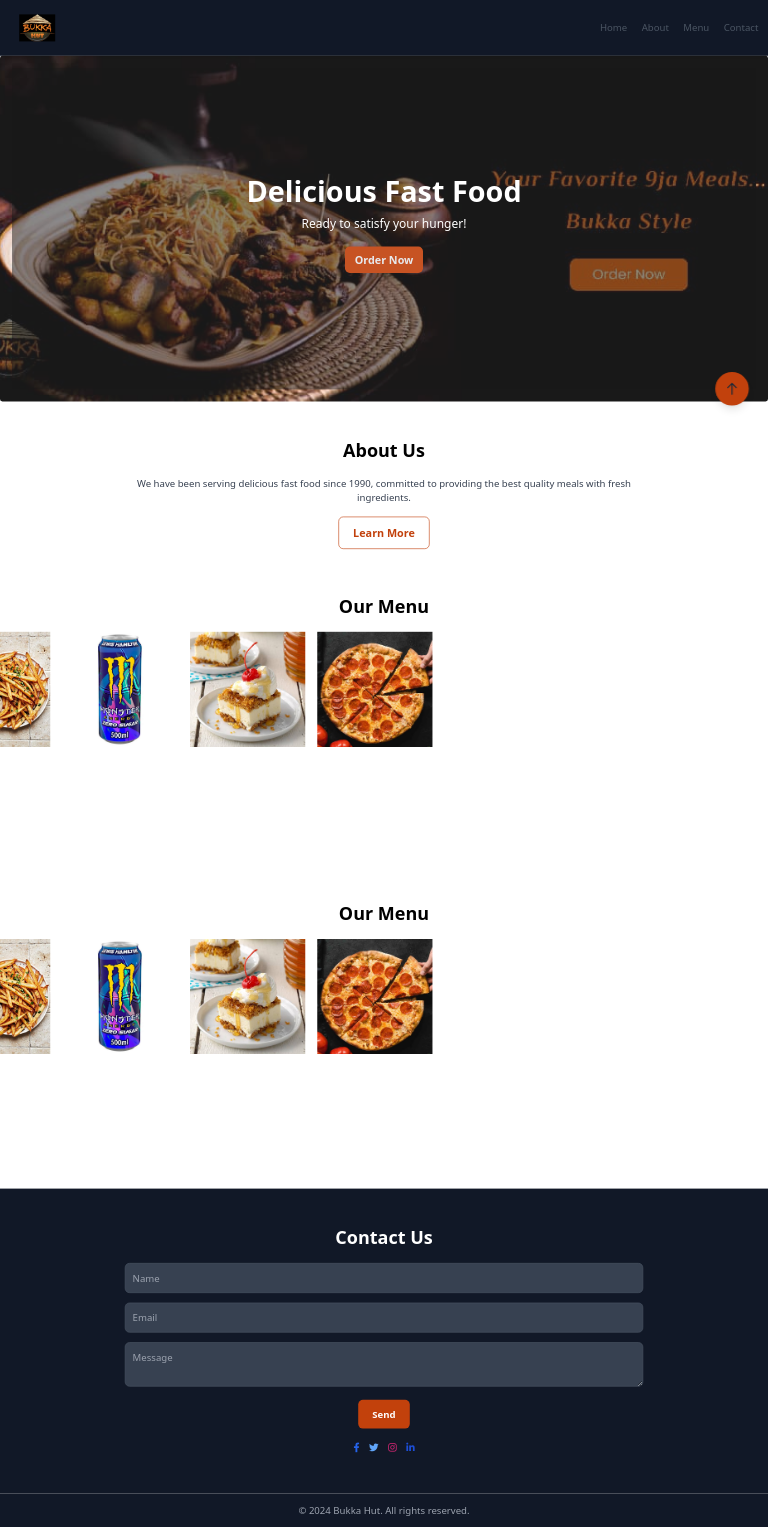
Repository: countaustin1990/BUKKAHUT
Page: INDEX.HTML
An editor plug-in stored every save of this project. The page is shown before and after the next save, followed by the edit.
The browser window is 1280 px wide. The pictures show the whole page, at 60% of full size.
Some web libraries are served in a nearby version.

Above is the page before, as saved 2024-08-24 14:49:46.

### INDEX.HTML
<!DOCTYPE html>
<html lang="en">
<head>
    <meta charset="UTF-8">
    <meta name="viewport" content="width=device-width, initial-scale=1.0">
    <title>Fast Food Restaurant</title>
    <link rel="stylesheet" href="style.css"/>
    <script src="https://cdn.tailwindcss.com"></script>
    <link rel="stylesheet" href="https://cdnjs.cloudflare.com/ajax/libs/font-awesome/6.0.0-beta3/css/all.min.css">
        <style>
        @keyframes scroll {
            0% {
                transform: translateX(0);
            }
            100% {
                transform: translateX(-100%);
            }
        }

        .animate-scroll {
            display: inline-flex;
            animation: scroll 15s linear infinite;
        }
    </style>
</head>
<body class="font-sans antialiased">
      <!-- Back to Top Button -->
    <button id="backToTop" class="fixed bottom-8 right-8 text-bold bg-orange-700 text-gray-800 p-4 rounded-full shadow-lg hover:bg-orange-600 transition-transform transform hover:scale-110 mb-3">
        <svg xmlns="http://www.w3.org/2000/svg" class="h-6 w-6 text-gray-800 mx-auto" fill="none" viewBox="0 0 24 24" stroke="currentColor" stroke-width="2">
            <path stroke-linecap="round" stroke-linejoin="round" d="M5 10l7-7m0 0l7 7m-7-7v18" />
        </svg> <!-- Upward arrow character -->
    </button>


    <!-- Navigation -->
  <nav class="shadow-md bg-gray-900">
    <div class="container mx-auto px-4 py-2 flex items-center justify-between">
      <div class="text-2xl font-bold text-blue-600">
        <a href="#" class="flex flex-col lg:flex-row items-center lg:space-x-8 p-4">
          <img src="Logo.jpg" alt="Bukka Hut" width="60">
          </a>
      </div>
      <div class="hidden md:flex space-x-6">
        <a href="#" class="text-gray-600 hover:text-blue-600">Home</a>
        <a href="#" class="text-gray-600 hover:text-blue-600">About</a>
        <a href="#" class="text-gray-600 hover:text-blue-600">Menu</a>
        <a href="#" class="text-gray-600 hover:text-blue-600">Contact</a>
      </div>
      <div class="md:hidden">
        <button id="menu-button" class="text-white focus:outline-none">
          <svg xmlns="http://www.w3.org/2000/svg" fill="none" viewBox="0 0 24 24" stroke="currentColor" class="w-6 h-6">
            <path stroke-linecap="round" stroke-linejoin="round" stroke-width="2" d="M4 6h16M4 12h16M4 18h16" />
          </svg>
        </button>
      </div>
    </div>

    <!-- Mobile Menu -->
    <div id="mobile-menu" class="hidden md:hidden bg-gray-900 shadow-md">
      <a href="#" class="block px-4 py-2 text-white hover:bg-orange-600">Home</a>
      <a href="#" class="block px-4 py-2 text-white hover:bg-orange-600">About</a>
      <a href="#" class="block px-4 py-2 text-white hover:bg-orange-600">Menu</a>
      <a href="#" class="block px-4 py-2 text-white hover:bg-orange-600">Contact</a>
    </div>
  </nav>
    <!-- Hero Section -->
    <header id="home" class="bg-cover bg-center h-full p-5 rounded opacity-90 mt5" style="background-image: url('Hero.jpg');">
        <div class="flex flex-col items-center justify-center h-full bg-black bg-opacity-50 text-center text-white w-full">
            <h1 class="text-5xl font-bold mb-4">Delicious Fast Food</h1>
            <p class="text-xl mb-6">Ready to satisfy your hunger!</p>
            <a href="#order" class="bg-orange-700 hover:bg-orange-600 text-gray-200 font-semibold py-2 px-4 rounded-lg text-lg mb-3">Order Now</a>
        </div>
    </header>


        <!-- About Us Section -->
    <section id="about" class="py-16 bg-white">
      <div class="max-w-4xl mx-auto text-center px-4">
        <h2 class="text-3xl font-bold mb-6">About Us</h2>
        <p class="text-gray-700 mb-5">We have been serving delicious fast food since 1990, committed to providing the best quality meals with fresh ingredients.</p>
        <button class="py-3 px-6 rounded-lg border border-orange-700 text-orange-700 hover:bg-orange-600 hover:text-white rounded font-semibold text-lg">
  Learn More
</button>
      </div>
    </section>
                <!-- Repeat similar structure for other menu items -->
            </div>
            </section>
            <div class="overflow-x-auto whitespace-nowrap py-4 px-6 bg-white mt-5 container">
              <h2 class="text-3xl text-center font-bold mb-6">Our Menu</h2>
              <div class="animate-scroll">
                <a href="Menu.html">
                <img src="burger.jpg" alt="Burger" class="inline-block h-48 mx-2">
                <img src="fries.jpg" alt="Fries" class="inline-block h-48 mx-2">
                <img src="drink.jpg" alt="Drink" class="inline-block h-48 mx-2">
                <img src="dessert.jpg" alt="Dessert" class="inline-block h-48 mx-2">
                <img src="pizza.jpg" alt="Pizza" class="inline-block h-48 mx-2">
                </a>
                <!-- Repeat images as needed to fill the scroll area -->
              </div>

            </div>



<section class="flex justify-center items-center min-h-screen">
  <div class="overflow-x-auto whitespace-nowrap py-4 px-6 bg-white mt-5 container mx-auto">
    <h2 class="text-3xl text-center font-bold mb-6">Our Menu</h2>
    <div class="animate-scroll">
      <a href="Menu.html">
        <img src="burger.jpg" alt="Burger" class="inline-block h-48 mx-2">
        <img src="fries.jpg" alt="Fries" class="inline-block h-48 mx-2">
        <img src="drink.jpg" alt="Drink" class="inline-block h-48 mx-2">
        <img src="dessert.jpg" alt="Dessert" class="inline-block h-48 mx-2">
        <img src="pizza.jpg" alt="Pizza" class="inline-block h-48 mx-2">
      </a>
      <!-- Repeat images as needed to fill the scroll area -->
    </div>
  </div>
</section>



    <!-- Contact Section -->
    <section id="contact" class="py-16 bg-gray-900 text-white">
        <div class="max-w-4xl mx-auto text-center px-4">
            <h2 class="text-3xl font-bold mb-6">Contact Us</h2>
            <form class="space-y-4">
                <input type="text" placeholder="Name" required class="w-full p-3 rounded-lg bg-gray-700 border border-gray-600 focus:outline-none focus:ring-2 focus:ring-yellow-500">
                <input type="email" placeholder="Email" required class="w-full p-3 rounded-lg bg-gray-700 border border-gray-600 focus:outline-none focus:ring-2 focus:ring-yellow-500">
                <textarea placeholder="Message" required class="w-full p-3 rounded-lg bg-gray-700 border border-gray-600 focus:outline-none focus:ring-2 focus:ring-yellow-500"></textarea>
                <button type="submit" class="bg-orange-700 hover:bg-orange-600 text-white py-3 px-6 rounded-lg font-semibold">Send</button>
            </form>
        </div>
        <div class="flex justify-center space-x-4 mt-5 font-bold">
  <a href="https://facebook.com" class="text-blue-600 hover:text-blue-800">
    <i class="fab fa-facebook-f text-2x1"></i>
  </a>
  <a href="https://twitter.com" class="text-blue-400 hover:text-blue-600">
    <i class="fab fa-twitter text-2x1"></i>
  </a>
  <a href="https://instagram.com" class="text-pink-600 hover:text-pink-800">
    <i class="fab fa-instagram text-2x1"></i>
  </a>
  <a href="https://linkedin.com" class="text-blue-700 hover:text-blue-900">
    <i class="fab fa-linkedin-in text-2x1"></i>
  </a>
</div>
    </section>

    <!-- Footer -->
    <footer class="bg-gray-900 text-center text-gray-400 py-4">
        <p>&copy; 2024 Bukka Hut. All rights reserved.</p>
    </footer>

 <script src="main.js"></script>
</body>
</html>

### style.css
/*CSS*/

#backToTop {
  z-index: 1000;
}

#home {
    height: 80svh;
}

#about {
    height: 40svh;
}

Loaded but not shown: main.js (empty)

After the next save:
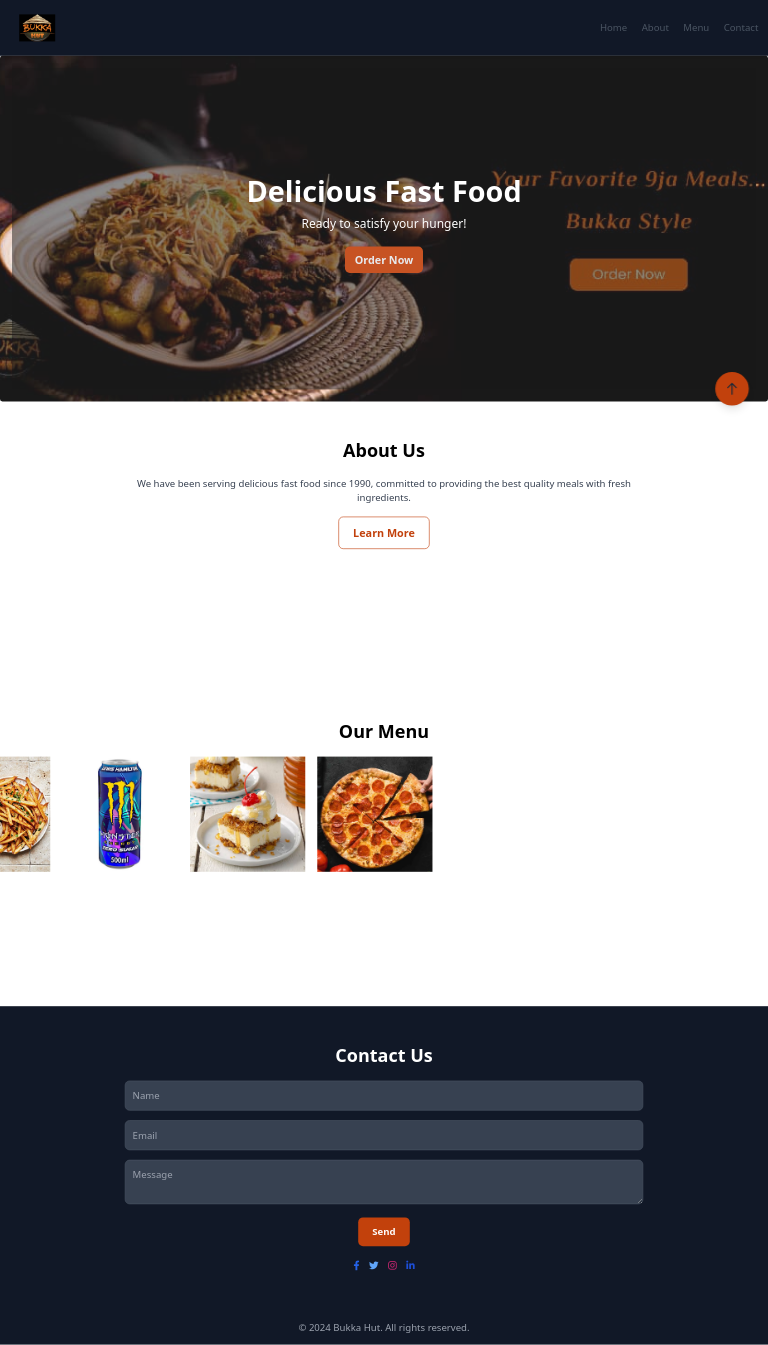
Saved 56 s later.
--- a/INDEX.HTML
+++ b/INDEX.HTML
@@ -83,12 +83,12 @@
 </button>
       </div>
     </section>
-                <!-- Repeat similar structure for other menu items -->
+                <!-- Repeat similar structure for other menu items
             </div>
             </section>
             <div class="overflow-x-auto whitespace-nowrap py-4 px-6 bg-white mt-5 container">
               <h2 class="text-3xl text-center font-bold mb-6">Our Menu</h2>
-              <div class="animate-scroll">
+              <div--- class="animate-scroll">
                 <a href="Menu.html">
                 <img src="burger.jpg" alt="Burger" class="inline-block h-48 mx-2">
                 <img src="fries.jpg" alt="Fries" class="inline-block h-48 mx-2">
@@ -96,10 +96,9 @@
                 <img src="dessert.jpg" alt="Dessert" class="inline-block h-48 mx-2">
                 <img src="pizza.jpg" alt="Pizza" class="inline-block h-48 mx-2">
                 </a>
-                <!-- Repeat images as needed to fill the scroll area -->
-              </div>
+                 Repeat images as needed to fill the scroll area
 
-            </div>
+            </div--->
 
 
 
